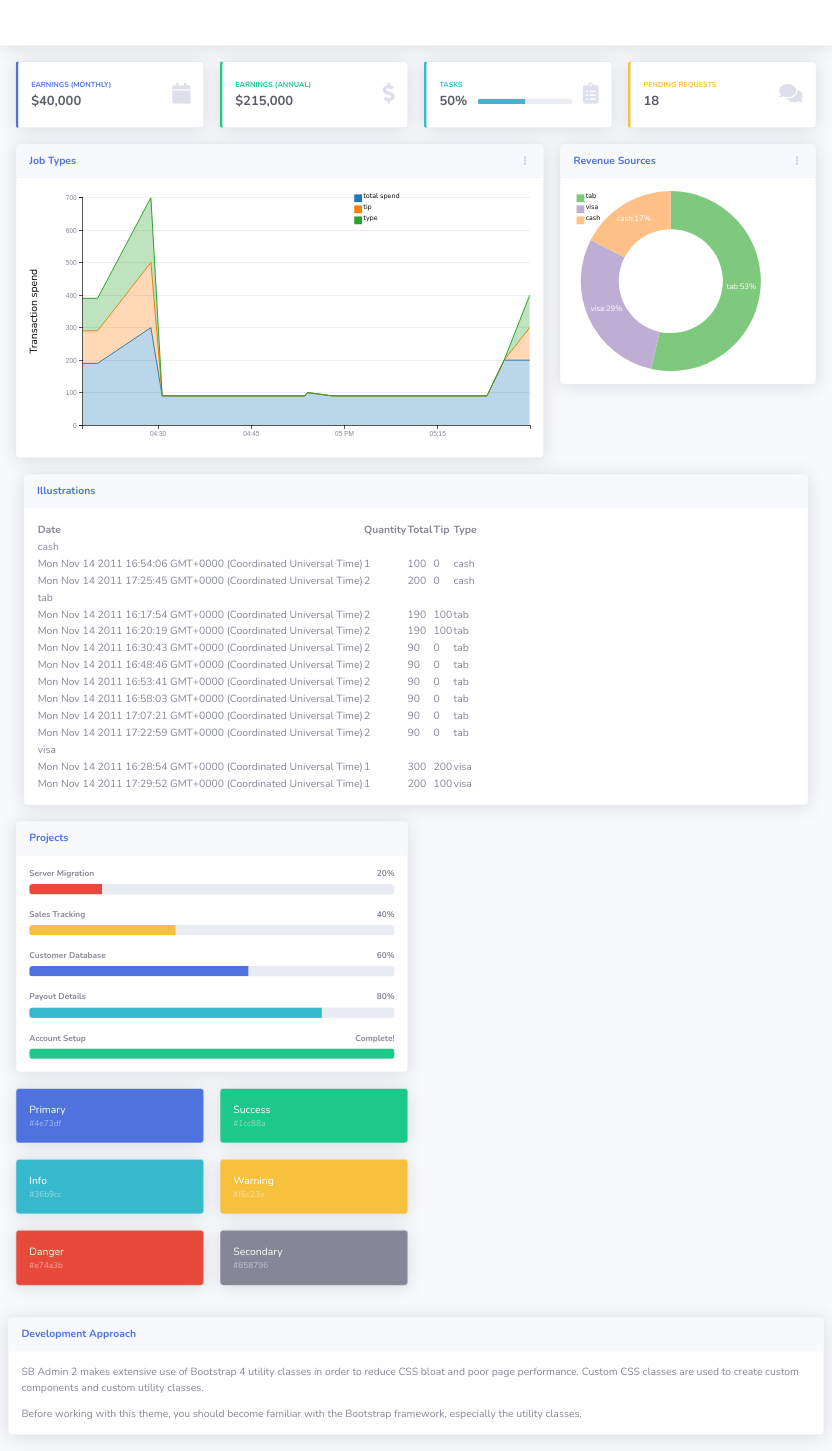
Repository: fLavery/NodeDashboard
Page: index.html
The author's editor kept a record of every edit. The page is drawn from the files as they stood at one moment, then again after the next edit.
The browser window is 1280 px wide. The pictures show the whole page, at 65% of full size.

Above is the page before.
Console error: TypeError: Cannot read properties of null (reading 'length')

After the next edit:
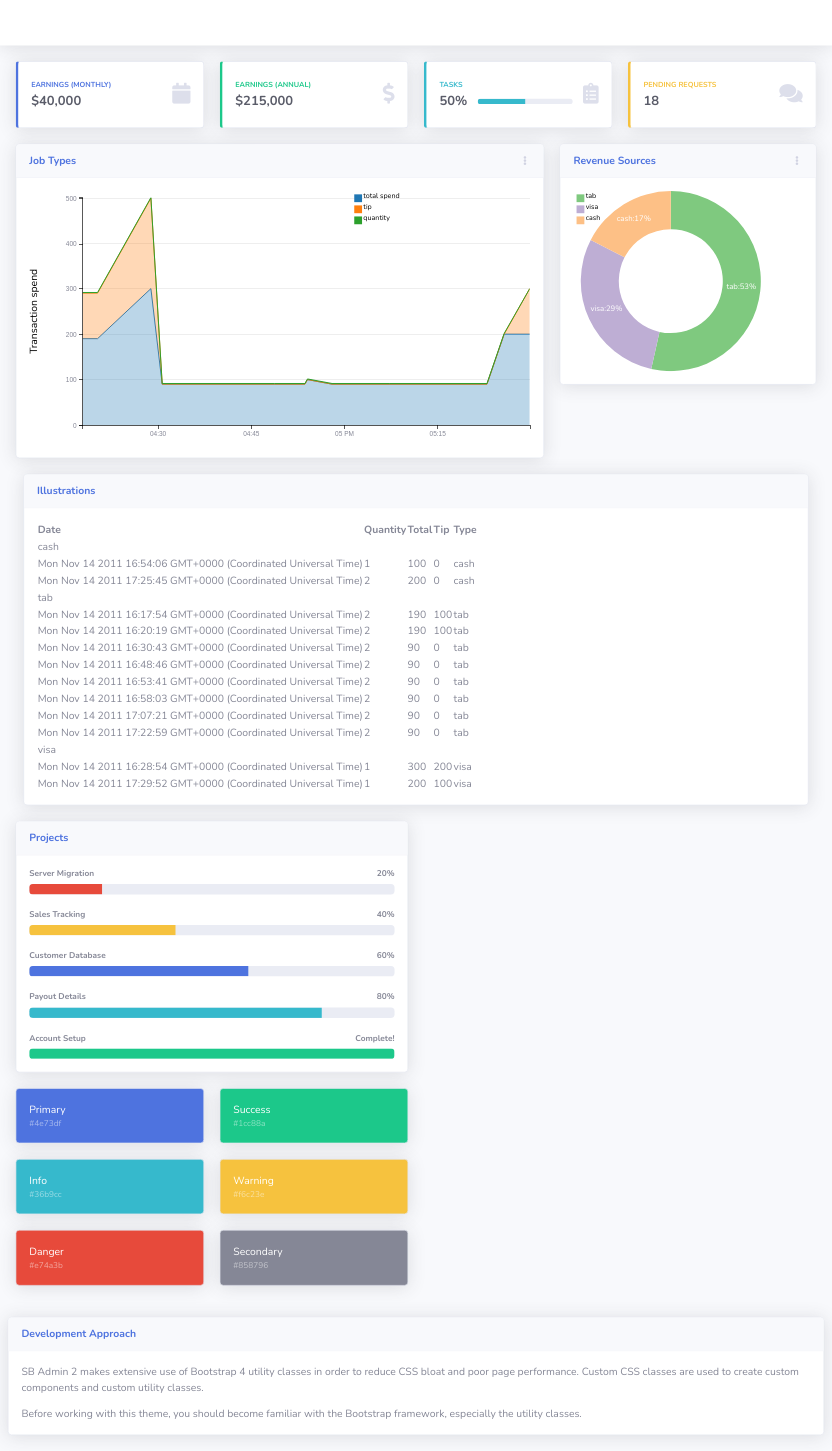
The edit:
--- a/index.html
+++ b/index.html
@@ -240,7 +240,7 @@
                       .dimension(dateDimension)
                       .group(dateGroup, "total spend")
                       .stack(dateGroupTip, "tip")
-                      .stack(dateGroupTip, "type")
+                      .stack(dateGroupVisa, "quantity")
 
                       .yAxisLabel("Transaction spend")
                       .renderHorizontalGridLines(true)
